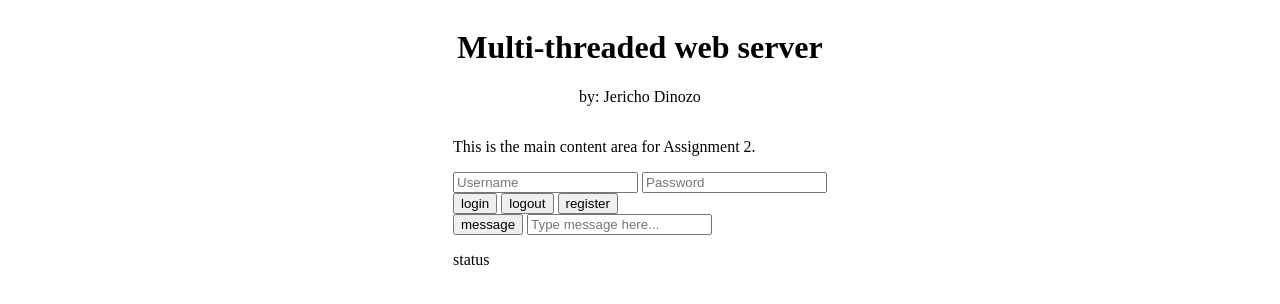
Repository: jerichodinozo/Multi-Threaded-Web-Server-Chat-Room
Page: static/index.html
These files come from the project's save history. The page is drawn as it stood at one moment and after a run of saves; the edit follows.
The browser window is 1280 px wide. The pictures show the whole page.
The page's requests for data from a server got no answer.

Above is the page before, as saved 2025-11-10 10:00:00.

### static/index.html
<!DOCTYPE html>
<html lang="en">
<head>
    <meta charset="UTF-8">
    <meta name="viewport" content="width=device-width, initial-scale=1.0">
    <title>COMP 3010 Assignment 2</title>
    <link rel="stylesheet" href="/static/styles.css">
</head>
<body>
    <header>
        <h1>Multi-threaded web server</h1>
        <p>by: Jericho Dinozo</p>
    </header>
    <main>
        <p>This is the main content area for Assignment 2.</p>
        <div>
            <input type="text" id="username" name="username" placeholder="Username">
            <input type="text" id="password" name="password" placeholder="Password">
        </div>
        <div>
            <button type="button" id="login-button">login</button>
            <button type="button" id="logout-button">logout</button>
            <button type="button" id="register-button">register</button>
        </div>
        <div>
            <div id="messages">

            </div>
            <button type="button" id="message-button">message</button>
            <input type="text" id="msg-field" placeholder="Type message here...">
        </div>
        <p id="status">status</p>
    </main>
</body>
<script src="script.js"></script>
</html>

### static/styles.css
body {
    display: flex;
    flex-direction: column;
    align-items: center;
}

header {
    text-align: center;
}

#messages {
    max-width: 600px;
    overflow-x:auto;
    overflow-y:scroll;
}

### static/script.js
//script.js

const login_button = document.getElementById('login-button');
const register_button = document.getElementById("register-button")
const status_text = document.getElementById("status");
const logout_button = document.getElementById("logout-button")
const message_field = document.getElementById("msg-field")
const message_button = document.getElementById('message-button');



//Login and Register Logic ----------------------------

//login button listener
login_button.addEventListener('click', function() {
    const username = document.getElementById("username").value
    const password = document.getElementById("password").value
    body = {
        username: username,
        password: password

    };
    response = send_response("POST", "/api/login", {username, password})
    status_text.textContent = response;

});

//register button listener
register_button.addEventListener('click', function() {
    const username = document.getElementById("username").value
    const password = document.getElementById("password").value
    body = {
        username: username,
        password: password

    };
    response = send_response("CREATE", "/api/login", {username, password})
    status_text.textContent = response;
})

//----------------------------------

logout_button.addEventListener('click', function() {
    const xhr = new XMLHttpRequest();
    xhr.open("DELETE", "/api/login", true);
    xhr.withCredentials = true;
    xhr.onload = function() {
        status_text.textContent = xhr.responseText;
        if (xhr.status === 200) {
            // Optionally reset the UI
            document.getElementById("username").value = "";
            document.getElementById("password").value = "";
        }
    };
    xhr.send();
});

window.addEventListener("load", function () {
    const xhr = new XMLHttpRequest();
    xhr.open("GET", "/api/session", true);
    xhr.withCredentials = true;  // important so cookies are sent
    xhr.onload = function() {
        if (xhr.status === 200) {
            status_text.textContent = xhr.responseText;
            // maybe show the message UI, hide login/register fields
        } else {
            status_text.textContent = "Please log in.";
            // maybe show login/register UI
        }
    };
    xhr.send();
});

//message logic
message_button.addEventListener("click", function() {
    const msg_text = message_field.value;
    if (!msg_text) return;
    const xhr = new XMLHttpRequest();
    xhr.open("POST", "/api/messages", true)
    xhr.withCredentials = true;
    xhr.setRequestHeader("Content-Type", "application/json")
    xhr.onload = function() {
        if(xhr.status === 200) {
            message_field.value = "";

        } else {
            alert("Must be logged in")
        }
    };
    xhr.send(JSON.stringify({message: msg_text}))
});

//get messages
function getMessages() {
    const xhr = new XMLHttpRequest();
    xhr.open("GET", "/api/messages", true);
    xhr.withCredentials = true;
    xhr.onload = function() {
        if(xhr.status === 200) {
            const data = JSON.parse(xhr.responseText)
            displayMessages(data)
        }
    }
    xhr.send();
}

setInterval(getMessages, 3000);

//display messages
function displayMessages(messages) {
    const msg_div = document.getElementById("messages")
    msg_div.innerHTML = "";
    for(let i = 0; i < messages.length; i++) {
        const msg = messages[i]
        const div = document.createElement("div");
        div.textContent = `${msg.author}: ${msg.message}`;
        msg_div.appendChild(div)
    }
}

/*
    Function: send_response()
    params: method, path, body

    description:
        This function sends a response using XHR to the server.
        This function has parameters:
            method - method of the request
            path - path of the request
            body - body of the request
        All of these parameters are used to form an HTTP response to the server.
*/
function send_response(method, path, body) {
    const xmlhttp = new XMLHttpRequest();
    xmlhttp.open(method, path, false)
    xmlhttp.withCredentials = true;
    xmlhttp.setRequestHeader('Content-Type', 'application/json');
    xmlhttp.send(JSON.stringify(body))
    return xmlhttp.responseText;
}

After the next 2 saves:
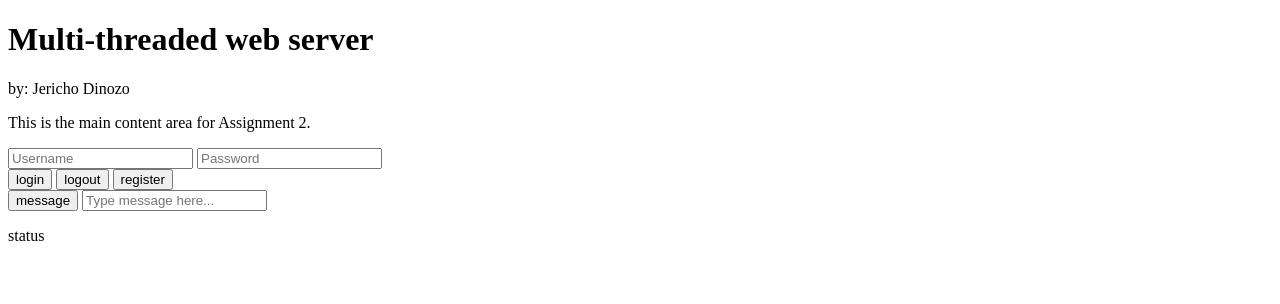
Not found: assignment2/static/styles.css
The 2 saves are shown as one change because they came seconds apart.
The last was saved 3 min 44 s later.
--- a/static/index.html
+++ b/static/index.html
@@ -4,7 +4,7 @@
     <meta charset="UTF-8">
     <meta name="viewport" content="width=device-width, initial-scale=1.0">
     <title>COMP 3010 Assignment 2</title>
-    <link rel="stylesheet" href="/static/styles.css">
+    <link rel="stylesheet" href="/assignment2/static/styles.css">
 </head>
 <body>
     <header>

After the save that followed:
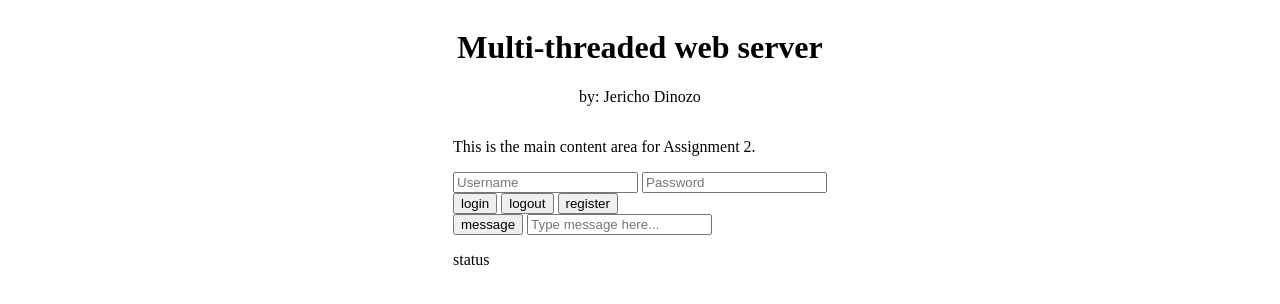
Saved 117 s later.
--- a/static/index.html
+++ b/static/index.html
@@ -4,7 +4,7 @@
     <meta charset="UTF-8">
     <meta name="viewport" content="width=device-width, initial-scale=1.0">
     <title>COMP 3010 Assignment 2</title>
-    <link rel="stylesheet" href="/assignment2/static/styles.css">
+    <link rel="stylesheet" href="/static/styles.css">
 </head>
 <body>
     <header>
